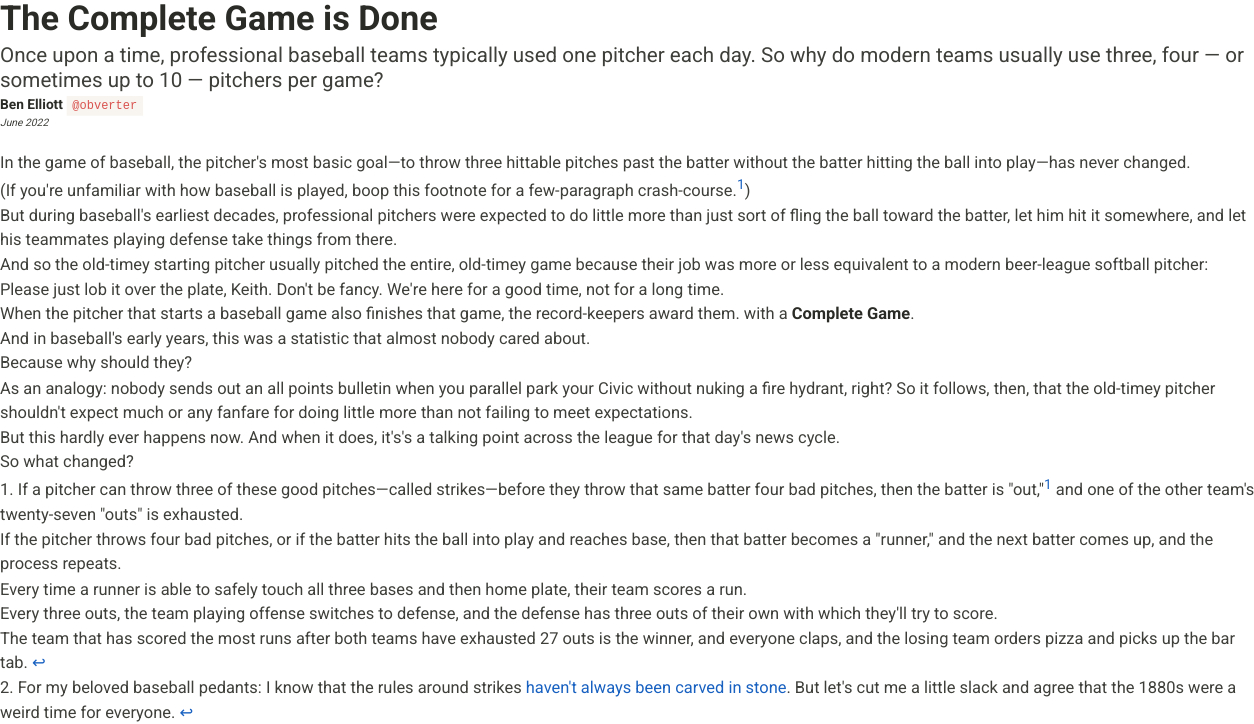
Repository: obverter/complete-games-are-done
Page: index.html
The author's editor kept a copy of each file at every save. The page is drawn from the files as they stood at one save, then again after the next save.
The browser window is 1280 px wide. The pictures show the whole page, at 98% of full size.

Above is the page before, as saved 2022-06-25 07:43:06.

After the next save:
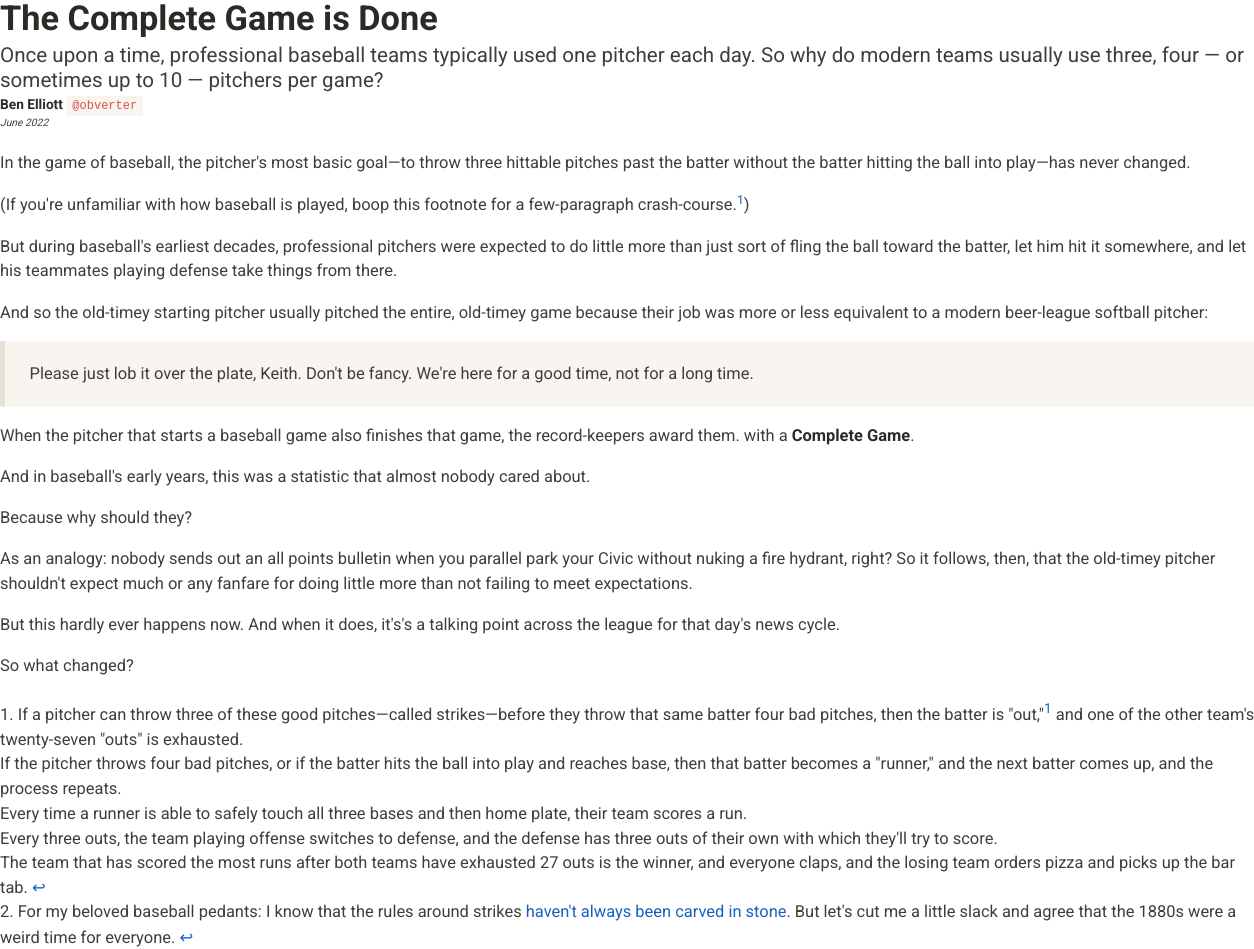
Saved 62 s later.
--- a/index.html
+++ b/index.html
@@ -20,13 +20,15 @@
 
         <h6 class="title is-6">Ben Elliott <code>@obverter</code></h6>
         <h6 class="subtitle is-7"><em>June 2022</em></h6>
-        <p>
-            In the game of baseball, the pitcher's most basic goal—to throw
-            three hittable pitches past the batter without the batter hitting
-            the ball into play—has never changed.
-        </p>
-        <p>
-            (If you're unfamiliar with how baseball is played, boop this
+        <div class="content">
+
+            <p>
+                In the game of baseball, the pitcher's most basic goal—to throw
+                three hittable pitches past the batter without the batter hitting
+                the ball into play—has never changed.
+            </p>
+            <p>
+                (If you're unfamiliar with how baseball is played, boop this
             footnote for a few-paragraph crash-course.<sup
                 ><a href="#fn1" id="ref1">1</a></sup
             >)
@@ -69,6 +71,7 @@
         </p>
         <p>So what changed?</p>
 
+    </div>
         <sup id="fn1"></sup>
         <p>
             1. If a pitcher can throw three of these good pitches—called
